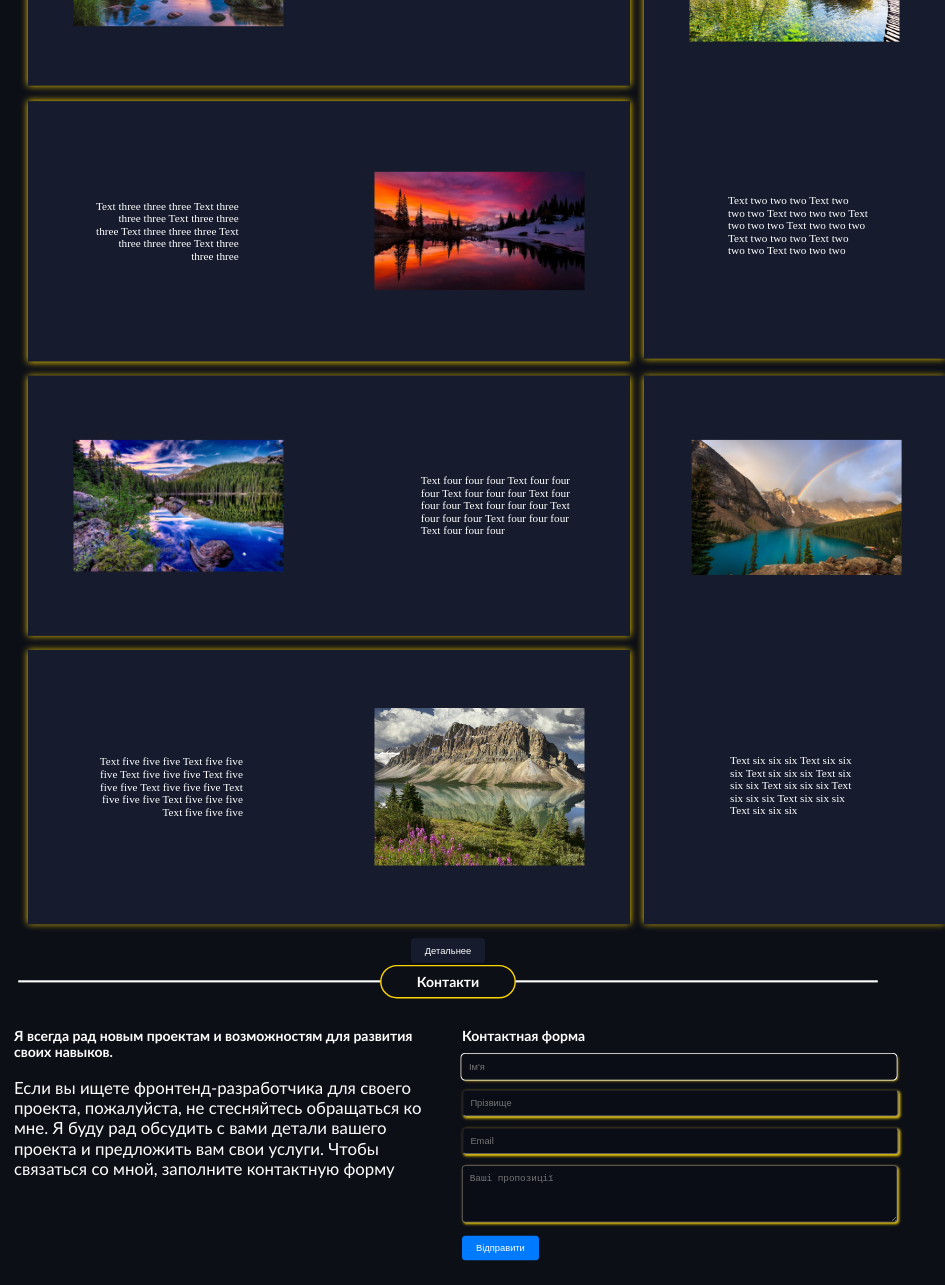
Repository: qtqqrdy13/cv-2
Page: index.html
An editor plug-in stored every save of this project. The page is shown before and after the next save, followed by the edit.
The browser window is 1280 px wide. The page is 1350 px wide, so the pictures cover 1350 px, including what lies to the right of the window. The pictures show the part of the page from y = 3228 to 5068 px (the page is 5064 px tall before and 5068 px after), at 70% of full size.
The first visible `.form-group input[type="text"]` has the focus.

Above is the page before, as saved 2023-10-12 15:55:14.

After the next save:
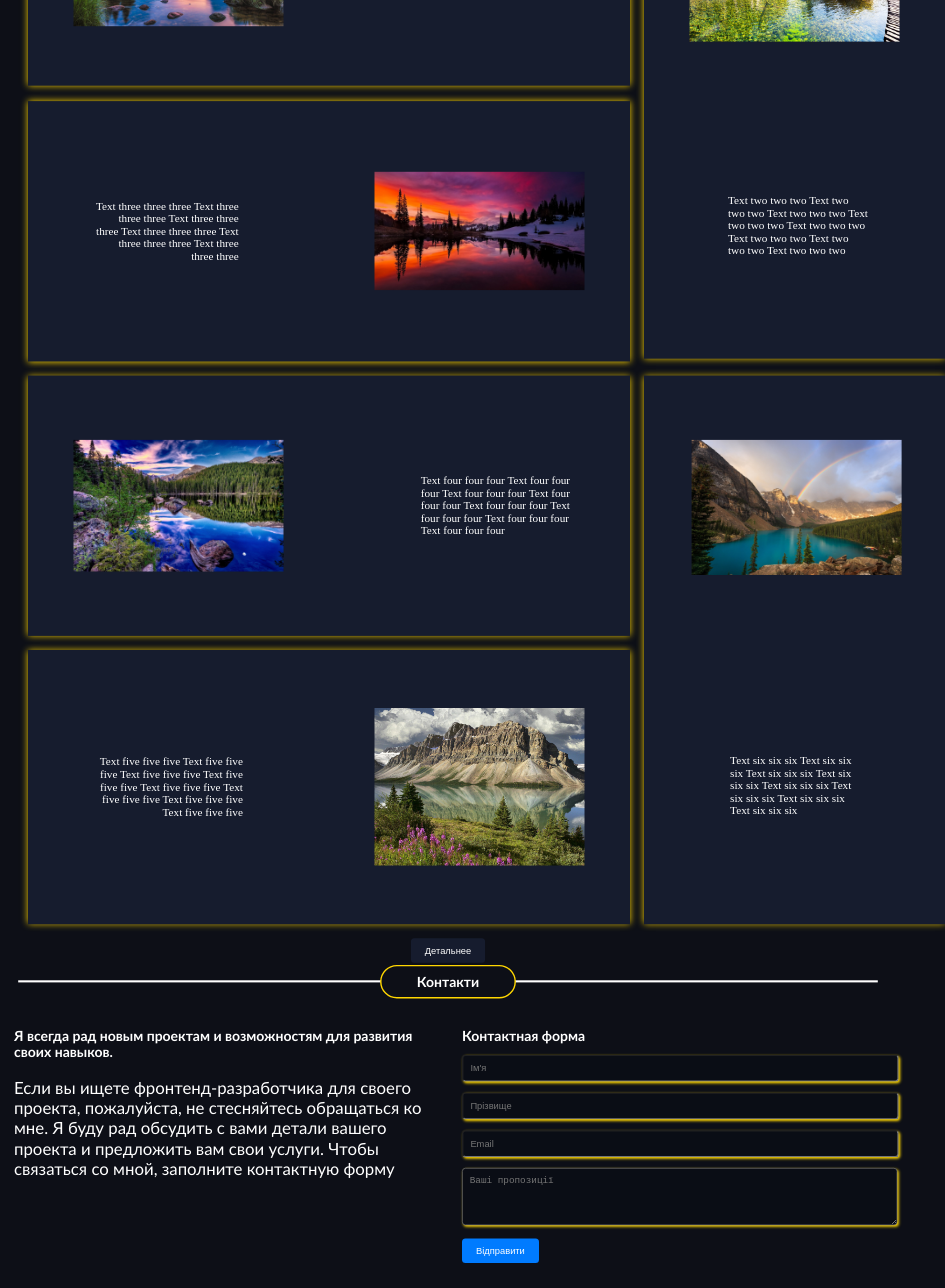
Saved 32 s later.
--- a/main.css
+++ b/main.css
@@ -715,7 +715,7 @@ h2:hover {
 }
 .form-group input[type="text"]:focus,
 .form-group textarea:focus{
-border:none;
+outline:none;
 }
 .form-group button {
     background-color: #007BFF;
